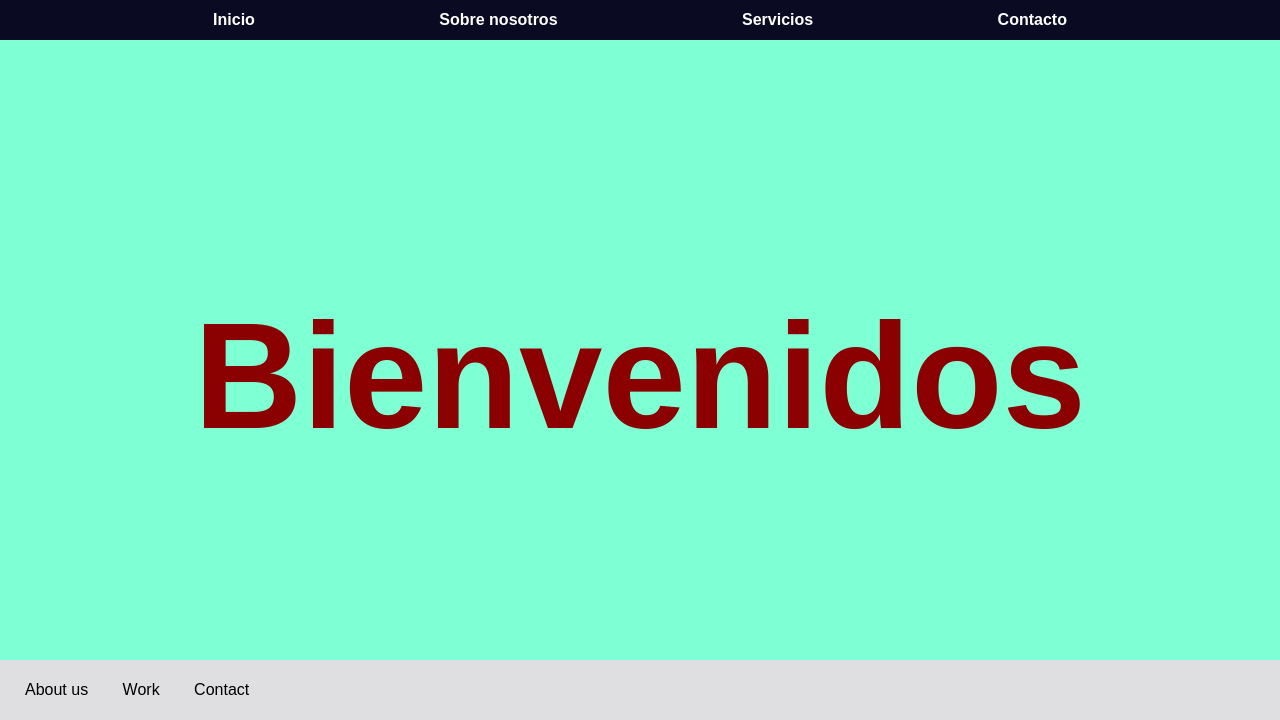
Repository: RaquelAlvarezz/Ejercicios-FormawebIV
Page: Práctica examen/index.html
The author's editor kept a copy of each file at every save. The page is drawn from the files as they stood at one save, then again after the next save.
The browser window is 1280 px wide. The pictures show the whole page.
Some web libraries are served in a nearby version.

Above is the page before, as saved 2021-11-25 13:07:03.
Console error: TypeError: Cannot read properties of null (reading 'addEventListener')

After the next save:
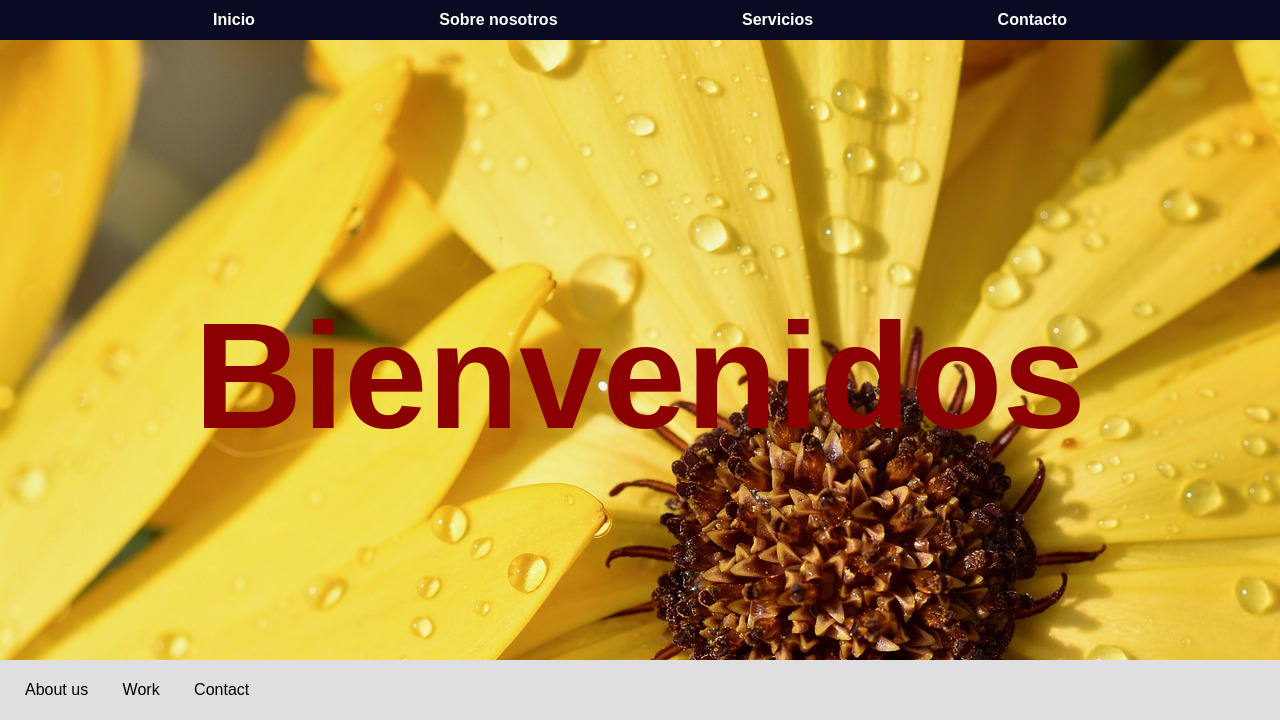
Saved 114 s later.
--- a/Práctica examen/css/styles.css
+++ b/Práctica examen/css/styles.css
@@ -8,7 +8,7 @@
 }
 
 body {
- background-color:aquamarine;
+ background-image:url(../img/flower-g59389d559_1920.jpg);
   font-family: sans-serif;
   display: flex;
   flex-direction: column;
